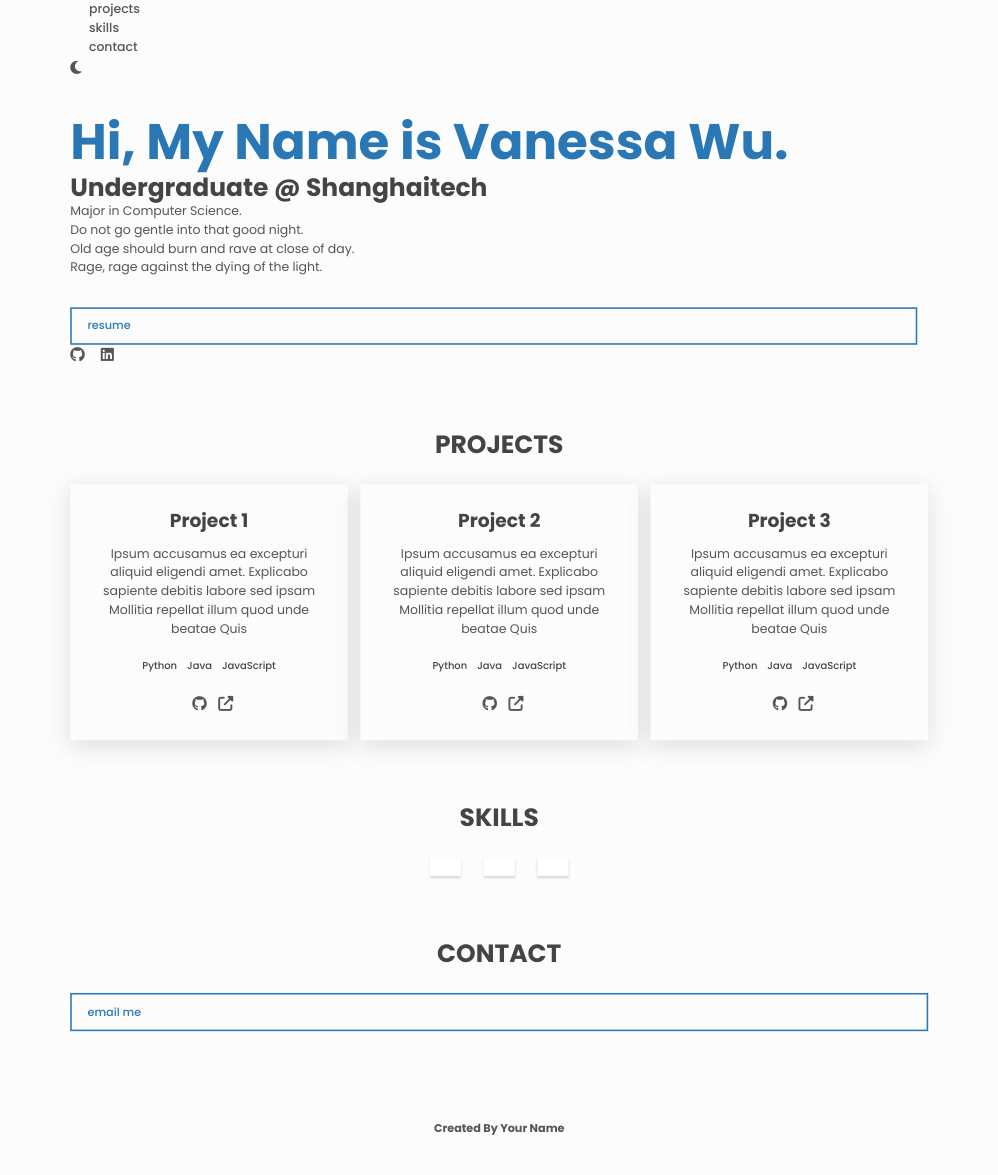
Repository: indiansummer1022/Cubstart
Page: Web Track/hw1/index.html
An editor plug-in stored every save of this project. The page is shown before and after the next save, followed by the edit.
The browser window is 1280 px wide. The pictures show the whole page, at 78% of full size.
Some web libraries are served in a nearby version.

Above is the page before, as saved 2022-02-16 00:31:52.

After the next save:
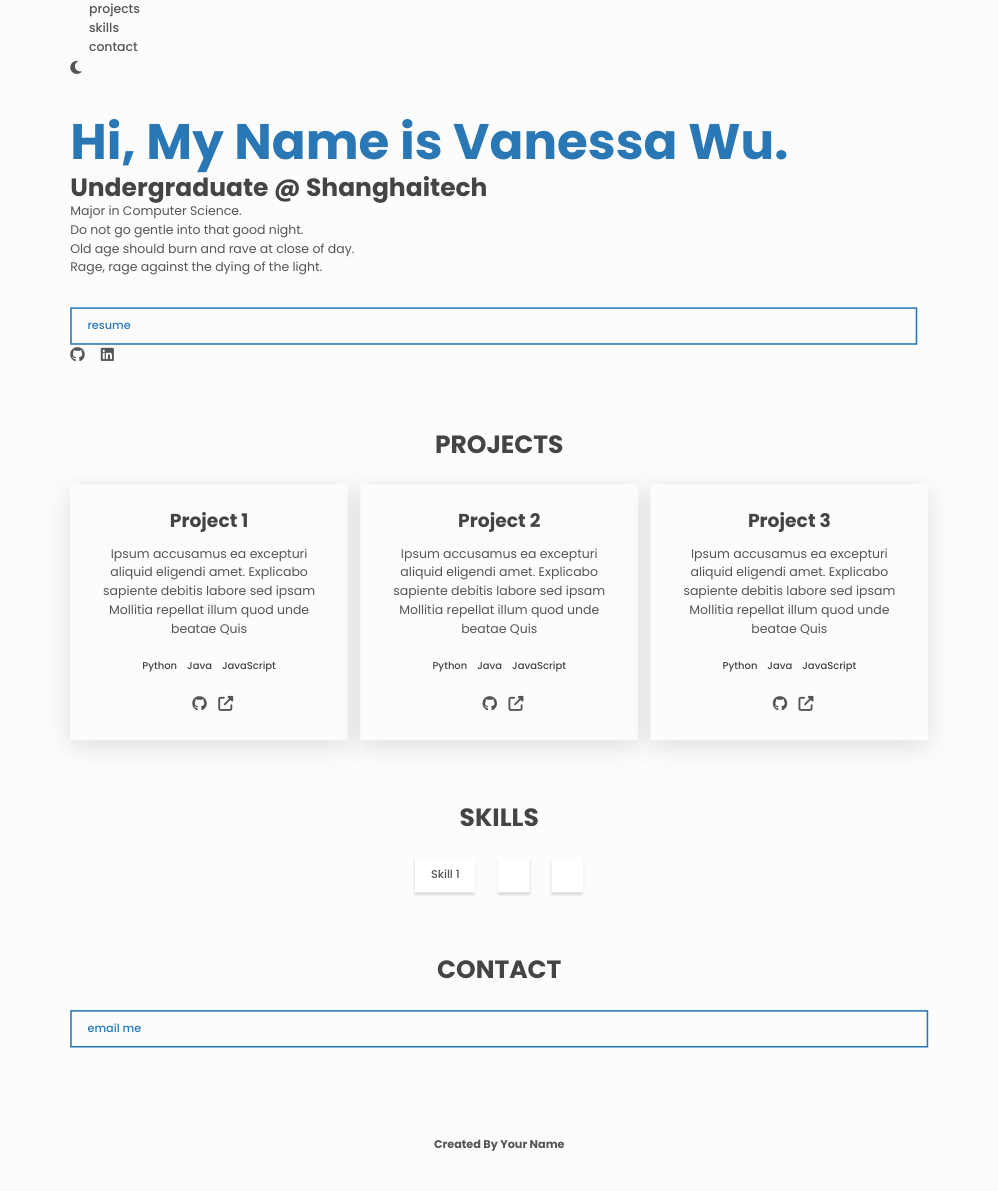
Saved 75 s later.
--- a/Web Track/hw1/index.html
+++ b/Web Track/hw1/index.html
@@ -173,7 +173,7 @@
       <!-- BEGIN PART 10 -->
       <h2 class="section__title">Skills</h2>
       <ul class="skills__list">
-        <li class="skills__list-item btn btn--plain"></li>
+        <li class="skills__list-item btn btn--plain">Skill 1</li>
         <li class="skills__list-item btn btn--plain"></li>
         <li class="skills__list-item btn btn--plain"></li>
       </ul>
